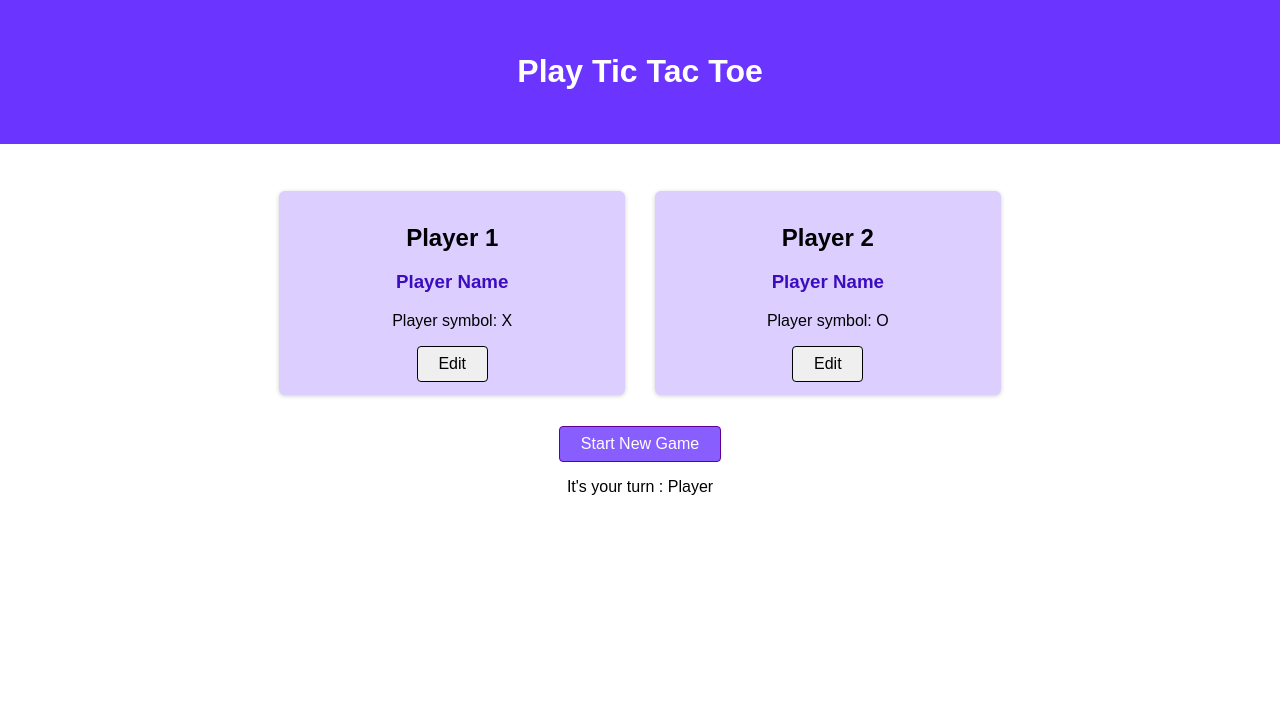
Repository: Harjot00/Wevdev
Page: Tic tac toe/index.html
The author's editor kept a copy of each file at every save. The page is drawn from the files as they stood at one save, then again after the next save.
The browser window is 1280 px wide. The pictures show the whole page.
After loading, the first visible `#start-btn` was clicked once.
Some web fonts or font styles are not loaded; a fallback is used.

Above is the page before, as saved 2022-05-22 19:03:56.
Console error: TypeError: Cannot set properties of undefined (setting 'display')

### Tic tac toe/index.html
<!DOCTYPE html>
<html lang="en">
<head>
    <meta charset="UTF-8">
    <meta http-equiv="X-UA-Compatible" content="IE=edge">
    <meta name="viewport" content="width=device-width, initial-scale=1.0">
    <link rel="stylesheet" href="styles.css">
    <link href="https://fonts.googleapis.com/css2?family=Roboto:wght@100&family=Send+Flowers&display=swap" rel="stylesheet">
    <title>Tic Tac Toe</title>
    <script src="funcs.js" defer></script>
    <script src="app.js" defer></script>


</head>
<body>
    <div id="curtain"></div>
    <header>
        <h1>Play Tic Tac Toe</h1>

    </header>
    <main>
        <aside id="playerinfo" >
            <div id="playerinput">
                <h2>Choose your name</h2>
            <form >
                <div>
                    <label for = "playername">Player name</label>
                    <input type="text" name="username" id="pname" required>

                </div>
                <div >
                    <button id="cancel-btn" class="btn-class"  type="button"> Cancel</button>
                    <button class="btn-class" id="confirm-btn" type="button">Confirm</button>
                </div>
            </form>
            </div>
        </aside>

        <div id="gamestyle">
            <ol>
                <li>
                    <h2>Player 1</h2>
                    <h3 id="player1-name">Player Name</h3>
                    <p>Player symbol: X</p>
                    <button class="btn-class" id="player1editbtn">Edit</button>
                </li>
                <li>
                    <h2>Player 2</h2>
                    <h3 id="player2-name">Player Name</h3>
                    <p>Player symbol: O</p>
                    <button class="btn-class" id="player2editbtn">Edit</button>
                </li>
            </ol>
            <button id="start-btn">Start New Game</button>
        </div>
         <section id="active-game">
             <div id="game-over">
                <h2>You won Player</h2>
                <p>click "Start New Game" above, to start a new game. </p>
             </div>
             <p >It's your turn : Player</p>
             <ol class="game-board">
                 <li></li>
                 <li></li>
                 <li></li>
                 <li></li>
                 <li></li>
                 <li></li>
                 <li></li>
                 <li></li>
                 <li></li>
             </ol>
         </section>
    </main>

</body>
</html>

### Tic tac toe/styles.css
@import url('https://fonts.googleapis.com/css2?family=Roboto:wght@100&family=Send+Flowers&display=swap');
body{
    font-family: 'Montserrat', sans-serif;
    margin: 0;
    padding: 0;
}
header{
    background-color: #6b35ff;
    margin:0 0 2rem 0;
    padding: 2rem 0;
    color:white;
    text-align: center;
}
#curtain {
    text-align: center;
    width:100vw;
    height:100vh;
    position:absolute;
    top:0;
    left:0;
    background-color: rgba(0,0,0,0.8);
    display:none;

}
aside{
    display:none;
    position:absolute;
    top:30%;
    width:100vw;



}

aside div h2{
    margin:0.7rem 0;
}
aside div input {
    display:block;
    margin:1rem auto;
    height:1.6rem;
    width:50%;
}
 #playerinput{
    margin:0 auto;
    padding:0.8rem;
    background-color:white;
    border-radius: 6px;
    width:50%;
    text-align: center;


}

.btn-class{
    padding:0.5rem 1.3rem;
    font-size:1rem;
    border:1px solid;
    border-radius: 4px;
}
#player1editbtn:hover{
    cursor:pointer;
    background-color:#ac8eff;

}
#player2editbtn:hover{
    cursor:pointer;
    background-color:#ac8eff;

}


#btn-div button:hover{
    background-color: #895eff;
    color:white;
    border-color: #441daf;
    cursor: pointer;
}
#cancel-btn:hover{
    cursor: pointer;
    background-color:#ac8eff;
    color: white;
}
#confirm-btn{
    background-color: #895eff;
    color:white;
}
#confirm-btn:hover{
    cursor: pointer;
    background-color:#6831ff;
    color: white;
}
#gamestyle ol{
    display:flex;
    list-style: none;
    padding:0px;
    justify-content: center;
}
#gamestyle li{
    padding:0.8rem;
    margin: 15px;
    width:25%;
    background-color: #dccfff;
    text-align:center;
    border-radius: 6px;
    box-shadow: rgba(0, 0, 0, 0.2) 0px 1px 4px;

}
#gamestyle li h3{
    color:#3c0cc0;
}
#start-btn{
    padding:0.5rem 1.3rem;
    font-size:1rem;
    border:1px solid rgb(96, 0, 148);
    border-radius: 4px;
    background-color:#895eff;
    color:white;
    margin:0 auto;
    display:block;


}
#start-btn:hover{
    cursor: pointer;
    background-color:#6430f4;
}
#game-over{
    width:45%;
    margin:25px auto;
    background-color:#160052;
    padding:20px 0px;
    color:white;
    display:none;
}
.game-board{
    list-style: none;
    display:none;
    grid-template-columns: repeat(3,100px);
    grid-template-rows: repeat(3,100px);
    justify-content: center;
    padding:0;
    gap:6px;
    margin:25px 0;

}
.game-board li {
    background-color:#ad8fff;
}
.game-board li:hover{
    background-color:#6c36ff;
}
section{
    text-align: center;
}
@media only screen and (max-width: 768px){
    #gamestyle li{
         width:30%;}

    #playerinput{
        width:70vw;
    }

    #playerinput h2{
        font-size:1rem;

    }
    #playerinput button{
        padding:0.3rem 1rem;
    }
    #playerinput input{
        width:70%;
        margin:15px auto;
    }

}

### Tic tac toe/funcs.js
function playerConfig(){
    document.getElementById('curtain').style.display = 'block';
    document.getElementById('playerinfo').style.display = 'block';
    playerserial = 1;

}
function player2Config(){
    document.getElementById('curtain').style.display = 'block';
    document.getElementById('playerinfo').style.display = 'block';
    playerserial = 2;

}
function closeplayerconfig(){
    document.getElementById('curtain').style.display = 'none';
    document.getElementById('playerinfo').style.display = 'none';
}
function playernamelog(){
    console.log(playerserial);
    if (playerserial == 1){
        document.getElementById('player1-name').innerText = document.getElementById('pname').value;
    }
    else{
        document.getElementById('player2-name').innerText = document.getElementById('pname').value;
    }
    document.getElementById('curtain').style.display = 'none';
    document.getElementById('playerinfo').style.display = 'none';

}
function startgame(){
    document.getElementsByClassName('game-board').style.display = 'grid';
}

### Tic tac toe/app.js
let playerserial = null ;

const player1editbtnele = document.getElementById('player1editbtn');
const player2editbtnele = document.getElementById('player2editbtn');
player1editbtnele.addEventListener("click",playerConfig);
player2editbtnele.addEventListener("click",player2Config);


const asidebackdrop = document.getElementById('curtain');
asidebackdrop.addEventListener("click",closeplayerconfig);

const cancelbtn = document.getElementById('cancel-btn');
cancelbtn.addEventListener("click",closeplayerconfig);


const confirmbtnele = document.getElementById('confirm-btn');
confirmbtnele.onclick =  playernamelog;

const startgamebtn = document.getElementById('start-btn');
startgamebtn.addEventListener("click",startgame)

After the next save:
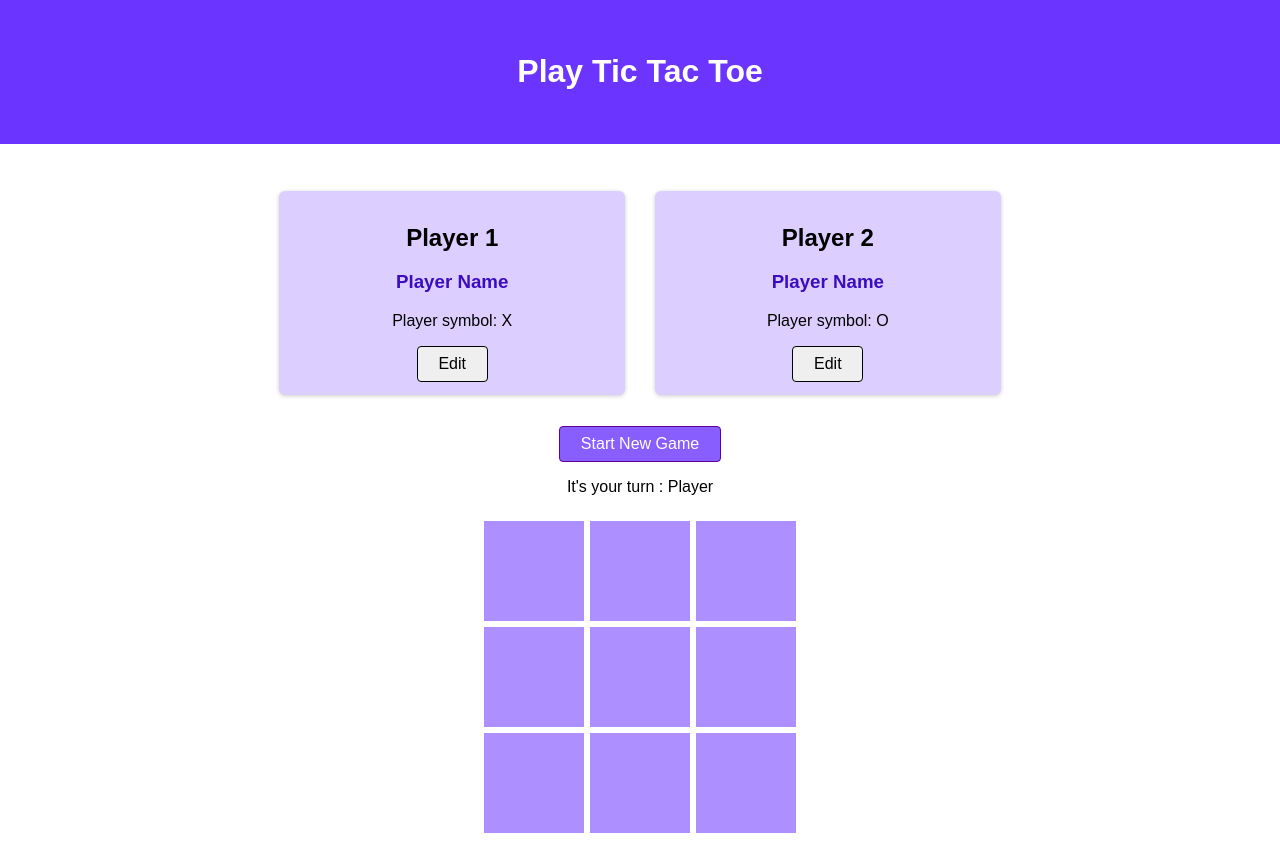
The error is gone.
Saved 48 s later.
--- a/Tic tac toe/funcs.js
+++ b/Tic tac toe/funcs.js
@@ -27,5 +27,5 @@ function playernamelog(){
 
 }
 function startgame(){
-    document.getElementsByClassName('game-board').style.display = 'grid';
+    document.getElementsByClassName('game-board')[0].style.display = 'grid';
 }
